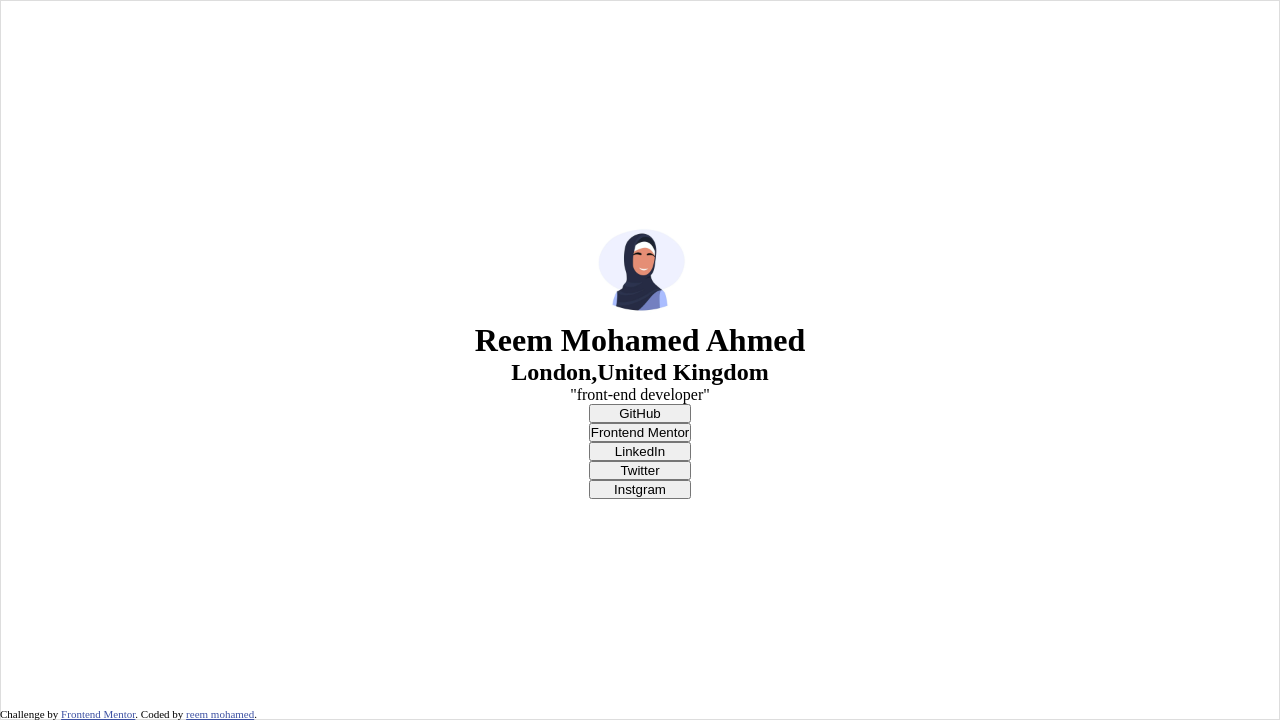
Repository: reemoon-ctrl/social_links_profile_main
Page: index.html
These files come from the project's save history. The page is drawn as it stood at one moment and after a run of saves; the edit follows.
The browser window is 1280 px wide. The pictures show the whole page.

Above is the page before, as saved 2024-07-23 10:07:12.

### index.html
<!DOCTYPE html>
<html lang="en">
<head>
  <meta charset="UTF-8">
  <meta name="viewport" content="width=device-width, initial-scale=1.0"> <!-- displays site properly based on user's device -->

  <link rel="icon" type="image/png" sizes="32x32" href="./assets/images/favicon-32x32.png">

  <title>Frontend Mentor | Social links profile</title>

  <!-- Feel free to remove these styles or customise in your own stylesheet 👍 -->
  <style>
    .attribution { font-size: 11px; text-align: center; }
    .attribution a { color: hsl(228, 45%, 44%); }
  </style>
  <link rel="stylesheet" href="index.css"/>
</head>
<body>
  <main>
    <div class="main-container">
      <!-- <div class="head-container"> -->
      <img src="/depositphotos_668859444-stock-illustration-arab-woman-face-covered-hijab.jpg" alt="person-img">
      <h1>Reem Mohamed Ahmed</h1>
      <h2>London,United Kingdom</h2>
      <p>"front-end developer"</p>
      <!-- </div> -->
      <div class="form-container">
      <button>GitHub</button>
      <button>Frontend Mentor</button>
      <button>LinkedIn</button>
      <button>Twitter</button>
      <button>Instgram</button>
      </div>
    </div>
 </main>
 <footer>
    <div class="attribution">
      Challenge by <a href="https://www.frontendmentor.io?ref=challenge" target="_blank">Frontend Mentor</a>.
      Coded by <a href="https://www.frontendmentor.io/reemoon-ctrl">reem mohamed</a>.
    </div>
 </footer>
</body>
</html>

### index.css
*{
    box-sizing: border-box;
    margin:0px;
    padding: 0px;
}
html{

}
body{
    position: relative;

    min-height: 100vh;

}
.main-container{
    display: flex;
    flex-direction: column;
    border:1px solid #ddd;
    margin :auto;
    width: 50;
    padding:50px;

    min-height: 100vh;
    align-items: center;
    justify-content: center;
    text-align: center;

}
.form-container button{
    width:100%;
    margin

}
img{
    width: 100px;
    height: 100px;
}
button{
    display: block;
}
footer{
    position: absolute;
    bottom: 0px;
    margin: auto;
}

After the next 2 saves:
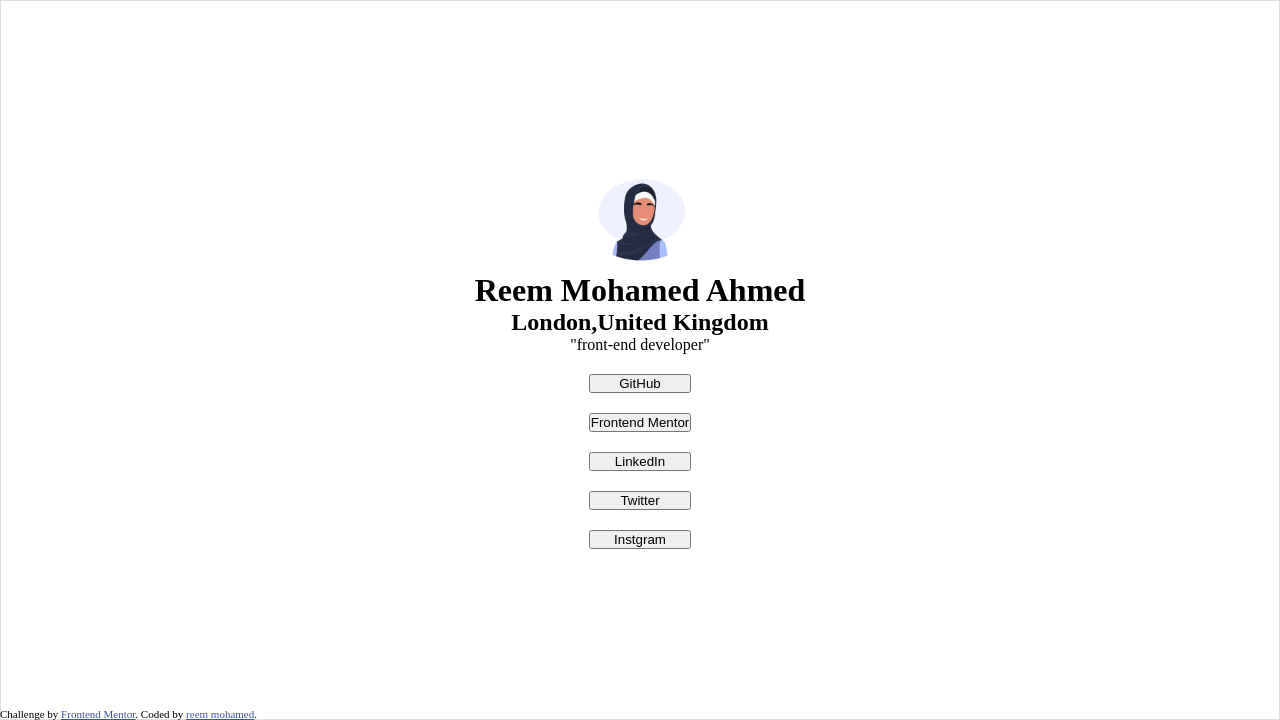
The 2 saves are shown as one change because they came seconds apart.
The last was saved 10 s later.
--- a/index.css
+++ b/index.css
@@ -28,7 +28,7 @@
 }
 .form-container button{
     width:100%;
-    margin
+    margin-top: 20px;
 
 }
 img{

After the save that followed:
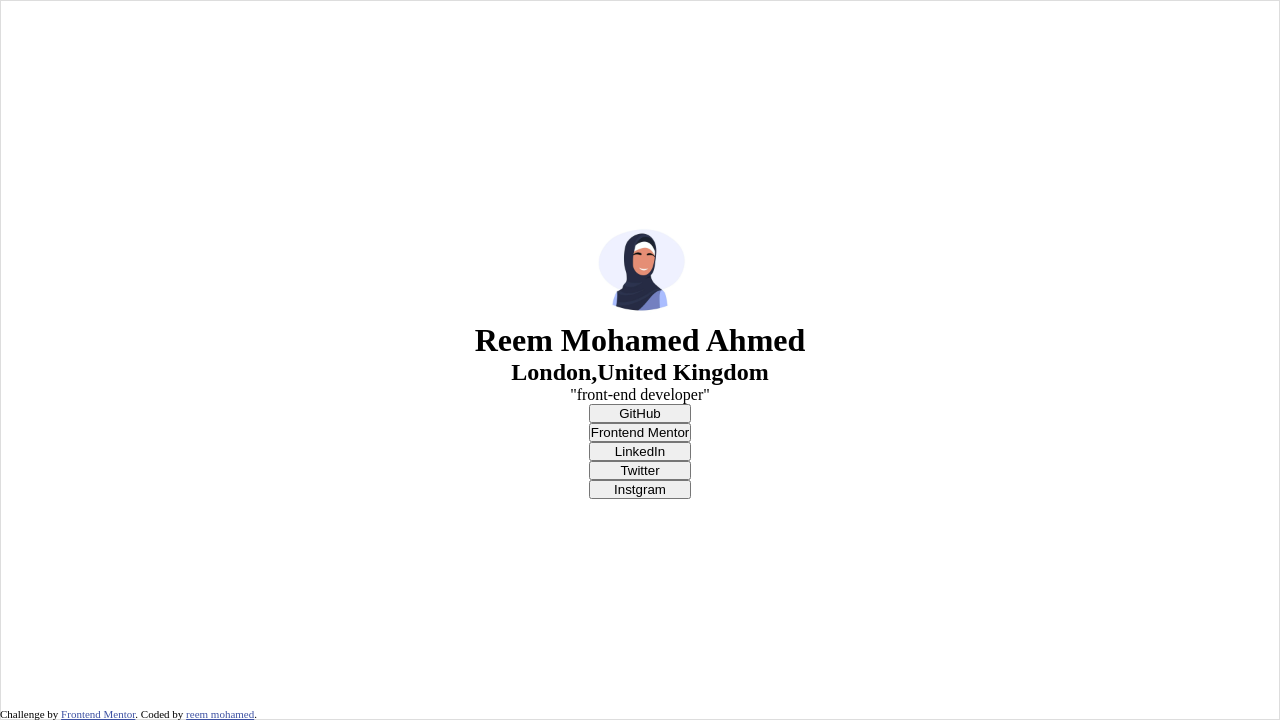
Saved 7 s later.
--- a/index.css
+++ b/index.css
@@ -28,7 +28,7 @@
 }
 .form-container button{
     width:100%;
-    margin-top: 20px;
+    margi
 
 }
 img{
